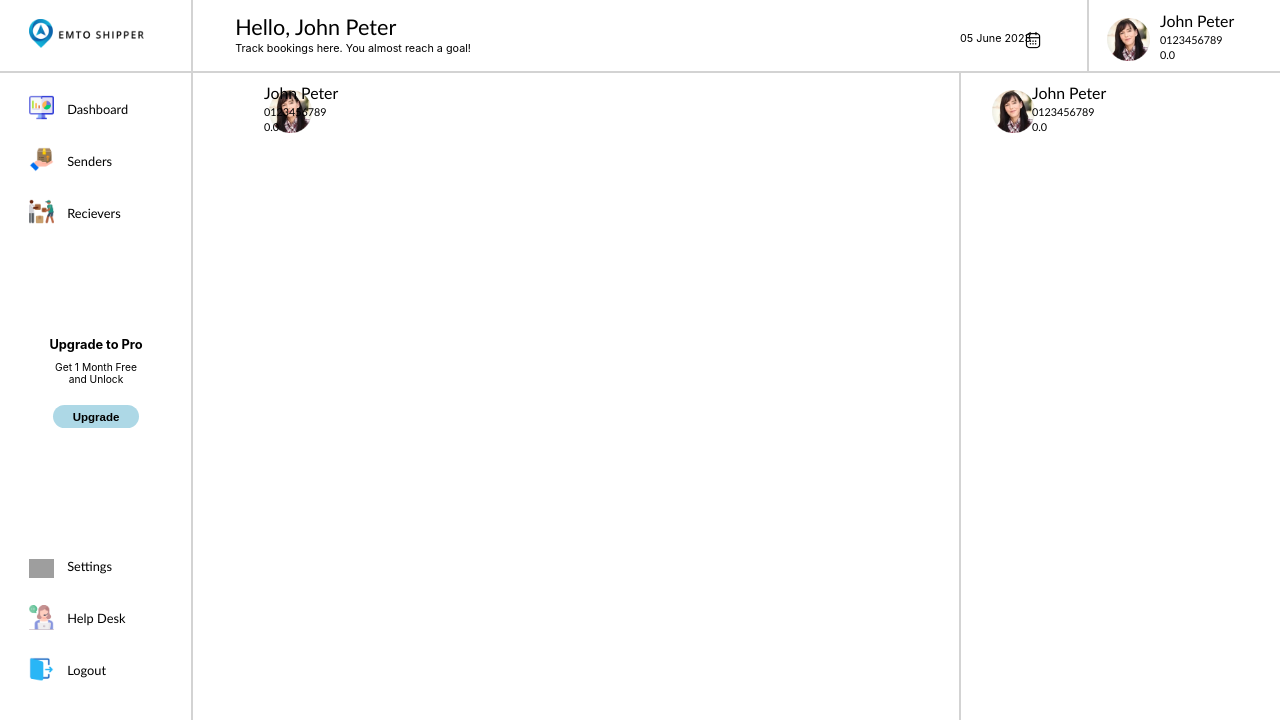
Repository: RoshanArun/Emto-Web
Page: /dashboard (app in emto/reactfirst/)
The author's editor kept a copy of each file at every save. The page is drawn from the files as they stood at one save, then again after the next save.
The browser window is 1280 px wide. The pictures show the whole page.
Pictures or frames that could not be fetched are drawn as grey boxes. The project was rebuilt for these pictures with package versions that can differ from the ones it lists, and the page was loaded fresh each time. Also part of the build but not shown: emto/reactfirst/src/pages/SignUp/SignUp.css, emto/reactfirst/src/pages/SignUp/SignUp.js, emto/reactfirst/src/pages/Login/Login.js.

Above is the page before, as saved 2023-07-27 13:02:38.

### emto/reactfirst/src/App.js
import React from 'react';
import './pages/Login/Login.css';
import './pages/SignUp/SignUp.css';
import './pages/DashBoard/DashBoard.css';

import { BrowserRouter as Router, Routes, Route }
    from 'react-router-dom';

import SignUp from './pages/SignUp/SignUp';
import Login from './pages/Login/Login';
import DashBoard from './pages/DashBoard/DashBoard';


function App() {
    return (
        <Router>
            <Routes>
                <Route exact path='/' element={<Login />} />
                <Route path='/sign-up' element={<SignUp />} />
                <Route path='/dashboard' element={<DashBoard />} />
            </Routes>
        </Router>
    );
}

export default App;

### emto/reactfirst/src/pages/Login/Login.css
.wrapper {
  width: 100%;
  height: 100%;
  display: flex;
  flex-basis: 100%;
}

.page-left {
  width: 30%;
  min-width: 250px;
  height: 100vh;
  min-height: 570px;
  background-color: #f5f5f5;
}

.page-right {
  width: 100%;
  height: 75vh;
  background-color: #ffffff;
}

.logo {
  width: 60%;
  padding-top: 5%;
  padding-left: 5%;
  padding-bottom: 35%;
}

.truck {
  width: 100%;
  padding-bottom: 10%;
}

.emtocaption {
  width: 65%;
  padding-left: 7%;
  padding-bottom: 5%;
}

.box {
  width: 85%;
  background-color: white;
  border-radius: 25px;
  margin-left: 5%;
  padding-left: 5%;
  padding-top: 2%;
  padding-bottom: 10%;
}

.details {
  font-size: 13px;
  font-family: 'Gill Sans', 'Gill Sans MT', Calibri, 'Trebuchet MS', sans-serif;
  padding-bottom: 8%;
}

.link {
  font-size: 10px;
  font-family: 'Gill Sans', 'Gill Sans MT', Calibri, 'Trebuchet MS', sans-serif;
}

.signin-content {
  height: 85%;
  width: 240px;
  margin-left: auto;
  margin-right: auto;
  padding-top: 30vh;
  min-height: 300px;
}

.signin-label {
  font-size: 27px;
  padding-bottom: 10%;
  padding-right: 30%;
  font-family: 'Gill Sans', 'Gill Sans MT', Calibri, 'Trebuchet MS', sans-serif;
  float: left;
}

.num-label {
  float: left;
  font-size: 12px;
  margin-bottom: 7px;
  font-family: 'Gill Sans', 'Gill Sans MT', Calibri, 'Trebuchet MS', sans-serif;
}

.numinput {
  border-radius: 5px;
  border: 1px solid lightgrey;
  height: 35px;
  width: 235px;
  float: left;
}

input::-webkit-inner-spin-button {
  -webkit-appearance: none;
  margin: 0;
}

.small {
  display: block;
  margin-bottom: -10px;
}

.invalidnumber {
  font-size: 8px;
  float: right;
  color: red;
}

.OTP-label {
  float: left;
  font-size: 11px;
  margin-right: 200px;
  margin-bottom: 7px;
  font-family: 'Gill Sans', 'Gill Sans MT', Calibri, 'Trebuchet MS', sans-serif;
}

.OTPNUM-input {
  width: 50px;
  height: 50px;
  border-radius: 5px;
  border: 1px solid lightgrey;
  position: relative;
  margin-right: 6px;
}

.OTPNUM-inputend {
  width: 50px;
  height: 50px;
  border-radius: 5px;
  border: 1px solid lightgrey;
  position: relative;
}

.invalidOTP {
  font-size: 8px;
  float: right;
  color: red;
}

.submit-button {
  width: 240px;
  height: 35px;
  background-color: #0d69ae;
  color: white;
  border-radius: 5px;
  border: 1px solid lightgrey;
  font-family: 'Gill Sans', 'Gill Sans MT', Calibri, 'Trebuchet MS', sans-serif;
  font-size: 11px;
  margin-top: 10px;
}

.bottom {
  height: 5%;
  margin-top: 1.5%;
  width: 100%;
  font-size: 9px;
  font-family: 'Gill Sans', 'Gill Sans MT', Calibri, 'Trebuchet MS', sans-serif;
}

.terms {
  margin-left: 5px;
  float: left;
}

.language {
  font-size: 9px;
  float: right;
  font-family: 'Gill Sans', 'Gill Sans MT', Calibri, 'Trebuchet MS', sans-serif;
  padding: 3px;
  margin-right: 10px;
}

.radio-button {
  float: right;
  height: 10px;
  width: 10px;
}

@media (max-width: 600px) {
  .wrapper {
    flex-wrap: wrap;
  }

  div {
    flex-basis: 33%;
  }

  .page-left {
    width: 100%;
    min-width: 100%;
    height: 100%;
    background-color: #f5f5f5;
  }

  .box {
    width: 85%;
    background-color: white;
    border-radius: 25px;
    margin-left: 5%;
    padding-left: 5%;
    padding-top: 2%;
    padding-bottom: 5%;
    margin-bottom: 5%;
  }

  .page-right {
    width: 100%;
    min-width: 100%;
    height: 150vw;
    background-color: #f5f5f5;
  }

  .signin-content {
    height: 85%;
    width: 240px;
    padding-top: 25vh;
    text-align: center;

  }
}

### emto/reactfirst/src/pages/DashBoard/DashBoard.css
.dash{
  height: 100vh;
  width: 100vw;
  outline: 1px solid lightgray;
  min-height: 65px;
  display: flex;
  flex-wrap: wrap;
}

.dash-bottom{
  height: 10vh;
  width: 10vw;
  outline: 1px solid lightgray;
  min-height: 65px;
}

.top1{
  width: 15vw;
  height: 10vh;
  outline: 1px solid lightgray;
}

.top2{
  width: 70vw;
  height: 10vh;
  outline: 1px solid lightgray;
}

.top3{
  width: 15vw;
  height: 10vh;
  outline: 1px solid lightgray;
}

.bottom1{
  width: 15vw;
  height: 90vh;
  outline: 1px solid lightgray;
}

.bottom2{
  width: 60vw;
  height: 90vh;
  outline: 1px solid lightgray;
  min-height: 65px;
}

.bottom3{
  width: 25vw;
  height: 90vh;
  outline: 1px solid lightgray;
  min-height: 65px;
}








.dashboard-right{
  width: 100vw;
}

.right1{
  width: 60vw;
  height: 100vh;
  outline: 1px solid lightgray;
}

.right2{
  width: 10vw;
  height: 30vh;
  outline: 1px solid lightgray;
}

.dashboard-top {
  height: 10vh;
  width: 74vw;
  outline: 1px solid lightgray;
  min-height: 65px;
}

.dashboard-top2 {
  height: 10vh;
  width: 20vw;
  outline: 1px solid lightgray;
  min-height: 65px;
}

.dashboard-left {
  width: 15vw;
  height: 100vh;
  outline: 1px solid lightgray;
  min-width: 130px;
}

.dashboardlogo {
  width: 60%;
  margin-top: 10%;
  margin-bottom: 15%;
  margin-left: 15%;
}

.dashboardicon {
  margin-top: 12%;
  margin-left: 15%;
  width: 13%;
}

.dashboardlabels {
  margin-left: 7%;
  font-size: 1vw;
  position: relative;
  bottom: .5vw;
  font-family: 'Gill Sans', 'Gill Sans MT', Calibri, 'Trebuchet MS', sans-serif;
  color: black;
}

.pro {
  font-size: 1.0vw;
  font-weight: bold;
  text-align: center;
  display: block;
  margin-bottom: 5%;
  margin-top: 15%;
}

.unlock {
  display: block;
  font-size: .8vw;
  word-wrap: break-word;
  text-align: center;

}

.unlock2 {
  font-size: .8vw;
  text-align: center;
  display: block;

}

.upgrade {
  background-color: lightblue;
  border: none;
  border-radius: 15px;
  width: 45%;
  height: 3.5%;
  margin-left: auto;
  margin-right: auto;
  display: grid;
  margin-bottom: 15vh;


  text-align: center;
  font-size: .9vw;
  font-weight: bold;
  align-items: center;
}

.intro {
  font-size: 3vh;
  font-family: 'Gill Sans', 'Gill Sans MT', Calibri, 'Trebuchet MS', sans-serif;
  padding-left: 6vh;
  margin-top: 2vh;
  display: inline-block;
}

.introsub {
  margin-left: 6vh;
  font-size: 1.5vh;
  margin-top: 2px;
  display: flex;
}


.Calender {
  margin-left: auto;
  font-size: 1.5vh;
  position: absolute;
  top: 4.5%;
  left: 75%
}

.calenderIcon {
  width: 2.5vh;
  margin-left: 5vw;
  position: absolute;
  top: 4.25%;
  left: 75%
}

.profileIcon {
  width: 6vh;
  margin-left: 10%;
  margin-top: 2.5vh;
}

.userLabel {
  margin-left: 10vh;
  font-size: 2.2vh;
  position: relative;
  bottom: 7.5vh;
  font-family: 'Gill Sans', 'Gill Sans MT', Calibri, 'Trebuchet MS', sans-serif;
  color: black;
  display: block;
  margin-bottom: -17.5px
}

.userLabel2 {
  margin-left: 10vh;
  font-size: 1.5vh;
  position: relative;
  bottom: 7.5vh;
  font-family: 'Gill Sans', 'Gill Sans MT', Calibri, 'Trebuchet MS', sans-serif;
  color: black;
  display: block;
  margin-bottom: -17.5px
}

.box{
  margin-top: 5vh;
  height: 6vh;
  width: 12.5vw;
  outline: 1px solid lightgray;
  display: inline-block;
}

### emto/reactfirst/src/pages/DashBoard/DashBoard.js
import React from 'react';
import IMAGES from '../../Components';

const DashBoard = () => {
    return (
        <div class="DashBoard">
            <meta name="viewport" content="width=device-width, initial-scale=1.0" />
            <div class="wrapper">
                <div class="dash">
                    <div class="top1">
                        <img src={IMAGES.emtologo} class="dashboardlogo" alt="dashboardlogo" /><br></br>
                    </div>
                    <div class="top2">
                        <label class="intro">Hello, John Peter</label>
                        <label class="Calender">05 June 2023</label>
                        <img src={IMAGES.calender} class="calenderIcon" alt="dashboardlogo" /><br></br>
                        <label class="introsub">Track bookings here. You almost reach a goal!</label>
                    </div>
                    <div class="top3">
                        <img src={IMAGES.profile} class="profileIcon" alt="dashboardlogo" />
                        <label class="userLabel">John Peter</label><br></br>
                        <label class="userLabel2">0123456789</label><br></br>
                        <label class="userLabel2">0.0</label><br></br>
                    </div>

                    <div class="bottom1">
                    <img src={IMAGES.dashboard} class="dashboardicon" alt="dashboardlogo" /><label class="dashboardlabels">Dashboard</label><br></br>
                    <img src={IMAGES.senders} class="dashboardicon" alt="dashboardlogo" /><label class="dashboardlabels">Senders</label><br></br>
                    <img src={IMAGES.recievers} class="dashboardicon" alt="dashboardlogo" /><label class="dashboardlabels">Recievers</label><br></br><br></br><br></br><br></br><br></br>
                    <label class="pro">Upgrade to Pro</label>
                    <label class="unlock">Get 1 Month Free</label>
                    <label class="unlock2">and Unlock</label><br></br>
                    <button class="upgrade">Upgrade</button>

                    <img src={IMAGES.settings} class="dashboardicon" alt="dashboardlogo" /><label class="dashboardlabels">Settings</label><br></br>
                    <img src={IMAGES.csx} class="dashboardicon" alt="dashboardlogo" /><label class="dashboardlabels">Help Desk</label><br></br>
                    <img src={IMAGES.logout} class="dashboardicon" alt="dashboardlogo" /><label class="dashboardlabels">Logout</label><br></br>
                    </div>

                    <div class="bottom2">
                        <img src={IMAGES.profile} class="profileIcon" alt="dashboardlogo" />
                        <label class="userLabel">John Peter</label><br></br>
                        <label class="userLabel2">0123456789</label><br></br>
                        <label class="userLabel2">0.0</label><br></br>
                    </div>

                    <div class="bottom3">
                        <img src={IMAGES.profile} class="profileIcon" alt="dashboardlogo" />
                        <label class="userLabel">John Peter</label><br></br>
                        <label class="userLabel2">0123456789</label><br></br>
                        <label class="userLabel2">0.0</label><br></br>
                    </div>

                </div>

                {/* <div class="dash-bottom">
                    <div class="bottom1">
                    <label class="userLabel">John Peter</label><br></br>

                    </div>
                    <div class="bottom2">

                    </div>
                    <div class="bottom3">

                    </div>
                </div> */}


                {/* <div class="dashboard-left">


                </div>

                <div class="dashboard-right">

                    <div class="dashboard-top">

                    </div>

                    <div class="right1">
                        <div class="box">

                        </div>
                        <div class="box">

                        </div>
                        <div class="box">

                        </div>
                        <div class="box">

                        </div>
                        <div class="box">

                        </div>
                        <div class="box">

                        </div>
                        <div class="box">

                        </div>
                        <div class="box">

                        </div>
                        <div class="box">

                        </div>
                    </div>


                    <div class="right2"></div>

                </div> */}



                {/* <div class="dashboard-top2">

                </div> */}
            </div>


        </div>
    );
}



export default DashBoard;

### emto/reactfirst/src/Components/index.js
const IMAGES = {
    emtocaption: require('./emto-caption.png'),
    emtotruck: require('./emtotruck.jpg'),
    emtologo: require('./emto-logo.png'),

    dashboard: require('./business-report.png'),
    senders: require('./senders.png'),
    recievers: require('./recievers.png'),

    settings: require('./settings.png'),
    csx: require('./customer-service.png'),
    logout: require('./logout.png'),

    calender: require('./calendar.png'),
    profile: require('./profile.png')


}

export default IMAGES;

Loaded but not shown: emto/reactfirst/public/index.html (common file); emto/reactfirst/src/index.js (common file); emto/reactfirst/src/index.css (common file); emto/reactfirst/src/reportWebVitals.js (common file)

After the next save:
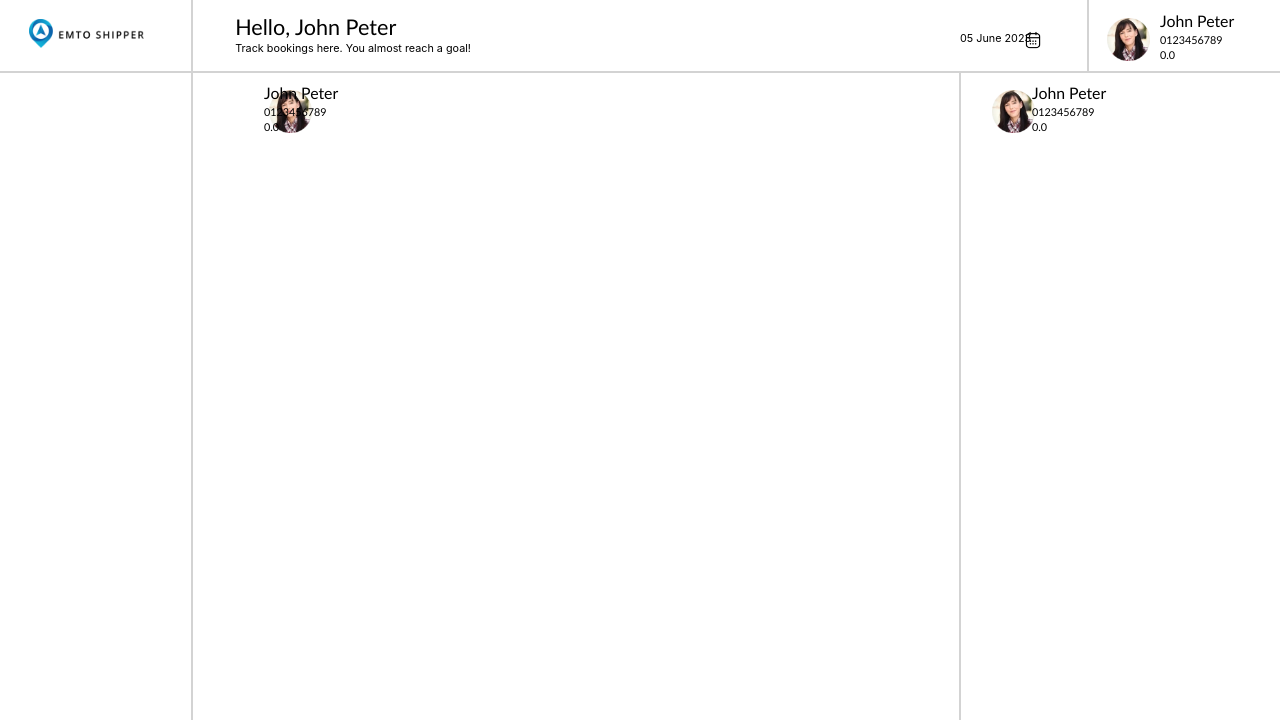
Saved 16 s later.
--- a/emto/reactfirst/src/pages/DashBoard/DashBoard.js
+++ b/emto/reactfirst/src/pages/DashBoard/DashBoard.js
@@ -24,17 +24,7 @@ const DashBoard = () => {
                     </div>
 
                     <div class="bottom1">
-                    <img src={IMAGES.dashboard} class="dashboardicon" alt="dashboardlogo" /><label class="dashboardlabels">Dashboard</label><br></br>
-                    <img src={IMAGES.senders} class="dashboardicon" alt="dashboardlogo" /><label class="dashboardlabels">Senders</label><br></br>
-                    <img src={IMAGES.recievers} class="dashboardicon" alt="dashboardlogo" /><label class="dashboardlabels">Recievers</label><br></br><br></br><br></br><br></br><br></br>
-                    <label class="pro">Upgrade to Pro</label>
-                    <label class="unlock">Get 1 Month Free</label>
-                    <label class="unlock2">and Unlock</label><br></br>
-                    <button class="upgrade">Upgrade</button>
 
-                    <img src={IMAGES.settings} class="dashboardicon" alt="dashboardlogo" /><label class="dashboardlabels">Settings</label><br></br>
-                    <img src={IMAGES.csx} class="dashboardicon" alt="dashboardlogo" /><label class="dashboardlabels">Help Desk</label><br></br>
-                    <img src={IMAGES.logout} class="dashboardicon" alt="dashboardlogo" /><label class="dashboardlabels">Logout</label><br></br>
                     </div>
 
                     <div class="bottom2">
